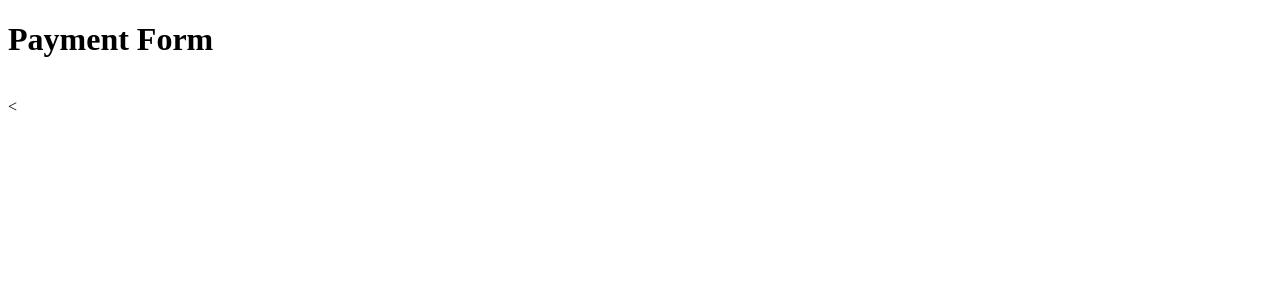
Repository: 10-2-pursuit/lab-intro-to-forms
Page: index.html
These files come from the project's save history. The page is drawn as it stood at one moment and after a run of saves; the edit follows.
The browser window is 1280 px wide. The pictures show the whole page.

Above is the page before, as saved 2023-06-13 21:04:28.

After the next 4 saves:
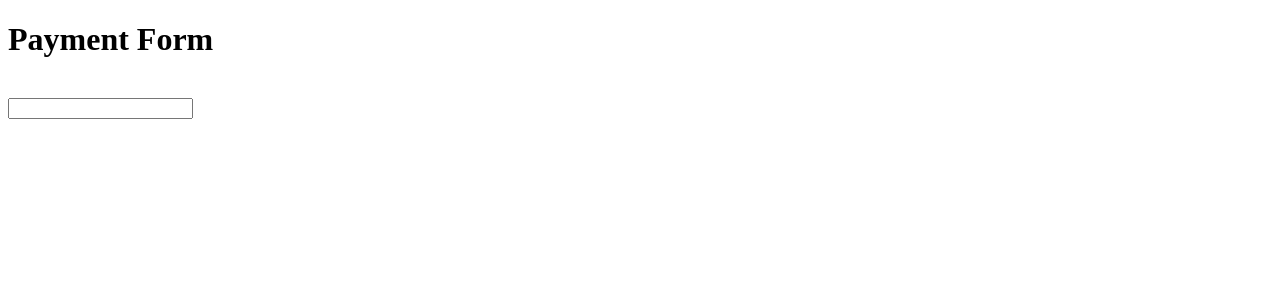
The 4 saves are shown as one change because they came seconds apart.
The last was saved 26 s later.
--- a/index.html
+++ b/index.html
@@ -8,7 +8,7 @@
 <body>
     <h1>Payment Form</h1>
     <br>
-    <
+    <input type=""test
 
 
 
